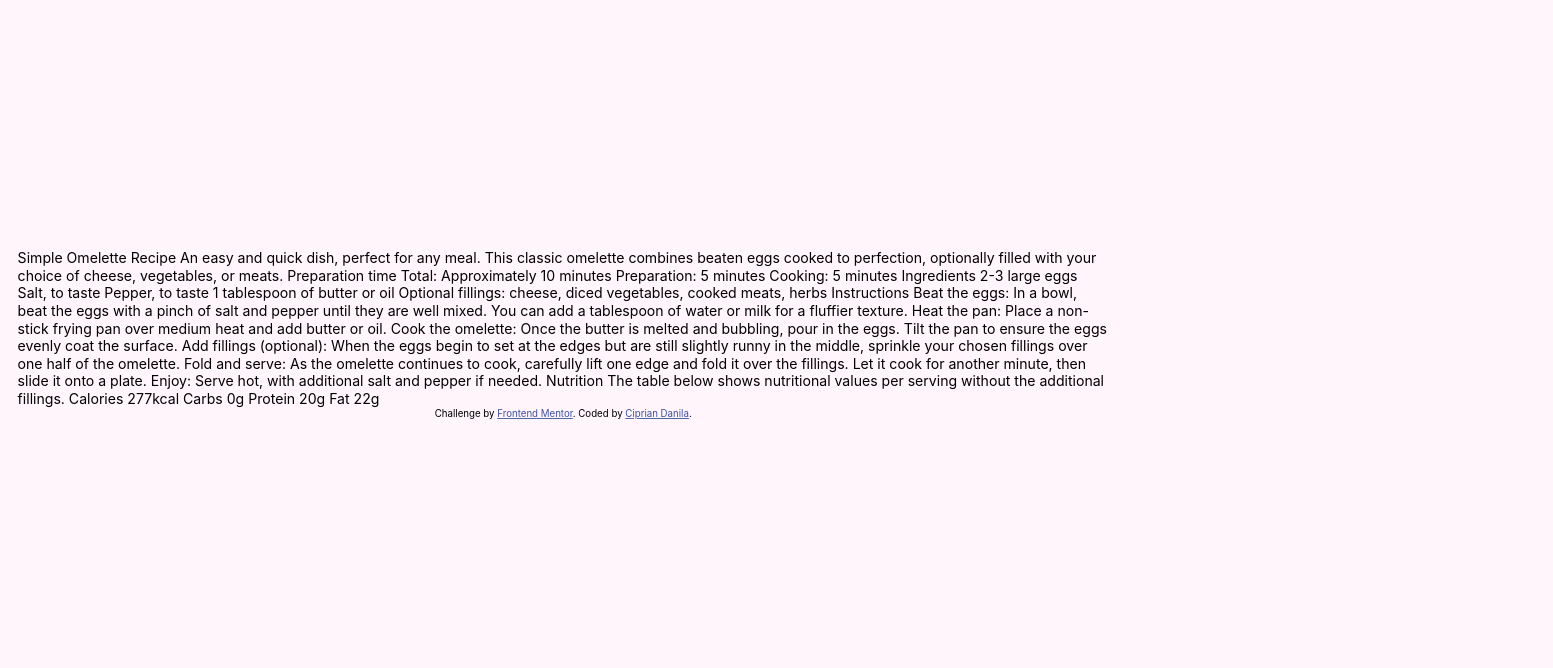
Repository: cipdanila/recipe-page
Page: index.html
An editor plug-in stored every save of this project. The page is shown before and after the next save, followed by the edit.
The browser window is 1280 px wide. The page is 1280 px wide, then 1765 px, so the pictures cover 1765 px, including what lies to the right of the window. The pictures show the whole page, at 88% of full size.

Above is the page before, as saved 2024-01-21 14:26:50.

### index.html
<!DOCTYPE html>
<html lang="en">
<head>
  <meta charset="UTF-8">
  <meta name="viewport" content="width=device-width, initial-scale=1.0"> <!-- displays site properly based on user's device -->

  <link rel="icon" type="image/png" sizes="32x32" href="./assets/images/favicon-32x32.png">
  <link rel="stylesheet" href="styles.css">

  <title>Frontend Mentor | Recipe page</title>

</head>
<body>
  <main>
    <div class="container">

    </div>
  </main>
  Simple Omelette Recipe

  An easy and quick dish, perfect for any meal. This classic omelette combines beaten eggs cooked
  to perfection, optionally filled with your choice of cheese, vegetables, or meats.

  Preparation time

  Total: Approximately 10 minutes
  Preparation: 5 minutes
  Cooking: 5 minutes

  Ingredients

  2-3 large eggs
  Salt, to taste
  Pepper, to taste
  1 tablespoon of butter or oil
  Optional fillings: cheese, diced vegetables, cooked meats, herbs

  Instructions

  Beat the eggs: In a bowl, beat the eggs with a pinch of salt and pepper until they are well mixed.
  You can add a tablespoon of water or milk for a fluffier texture.

  Heat the pan: Place a non-stick frying pan over medium heat and add butter or oil.

  Cook the omelette: Once the butter is melted and bubbling, pour in the eggs. Tilt the pan to ensure
  the eggs evenly coat the surface.

  Add fillings (optional): When the eggs begin to set at the edges but are still slightly runny in the
  middle, sprinkle your chosen fillings over one half of the omelette.

  Fold and serve: As the omelette continues to cook, carefully lift one edge and fold it over the
  fillings. Let it cook for another minute, then slide it onto a plate.

  Enjoy: Serve hot, with additional salt and pepper if needed.

  Nutrition

  The table below shows nutritional values per serving without the additional fillings.

  Calories
  277kcal

  Carbs
  0g

  Protein
  20g

  Fat
  22g
  <footer>
    <div class="attribution">
      Challenge by <a href="https://www.frontendmentor.io?ref=challenge" target="_blank" rel="noopener">Frontend Mentor</a>.
      Coded by <a href="https://github.com/cipdanila" target="_blank" rel="noopener noreferrer">Ciprian Danila</a>.
    </div>
  </footer>
</body>
</html>

### styles.css
@import url("https://fonts.googleapis.com/css2?family=Outfit:wght@400;600;700&family=Young+Serif&display=swap");

* {
    margin: 0;
    padding: 0;
    box-sizing: border-box;
}

:root {
    /* Primary Colors */
    --nutmeg: hsl(14, 45%, 36%);
    --dark-raspberry: hsl(332, 51%, 32%);
    /* Neutral Colors */
    --white: hsl(0, 0%, 100%);
    --rose-white: hsl(330, 100%, 98%);
    --eggshell: hsl(30, 54%, 90%);
    --light-grey: hsl(30, 18%, 87%);
    --wenge-brown: hsl(30, 10%, 34%);
    --dark-charcoal: hsl(24, 5%, 18%);
}

body {
    font-family: "Inter", sans-serif;
    font-size: 16px;
    background-color: var(--rose-white);
    display: flex;
    flex-direction: column;
    align-items: center;
    justify-content: center;
    height: calc(100vh - 1px);
    margin: 1.25rem;
}

.attribution {
    font-size: 11px;
    text-align: center;
}

.attribution a {
    color: hsl(228, 45%, 44%);
}

@media (min-width: 375px) {
    .container {
        width: 375px;
    }
}

After the next save:
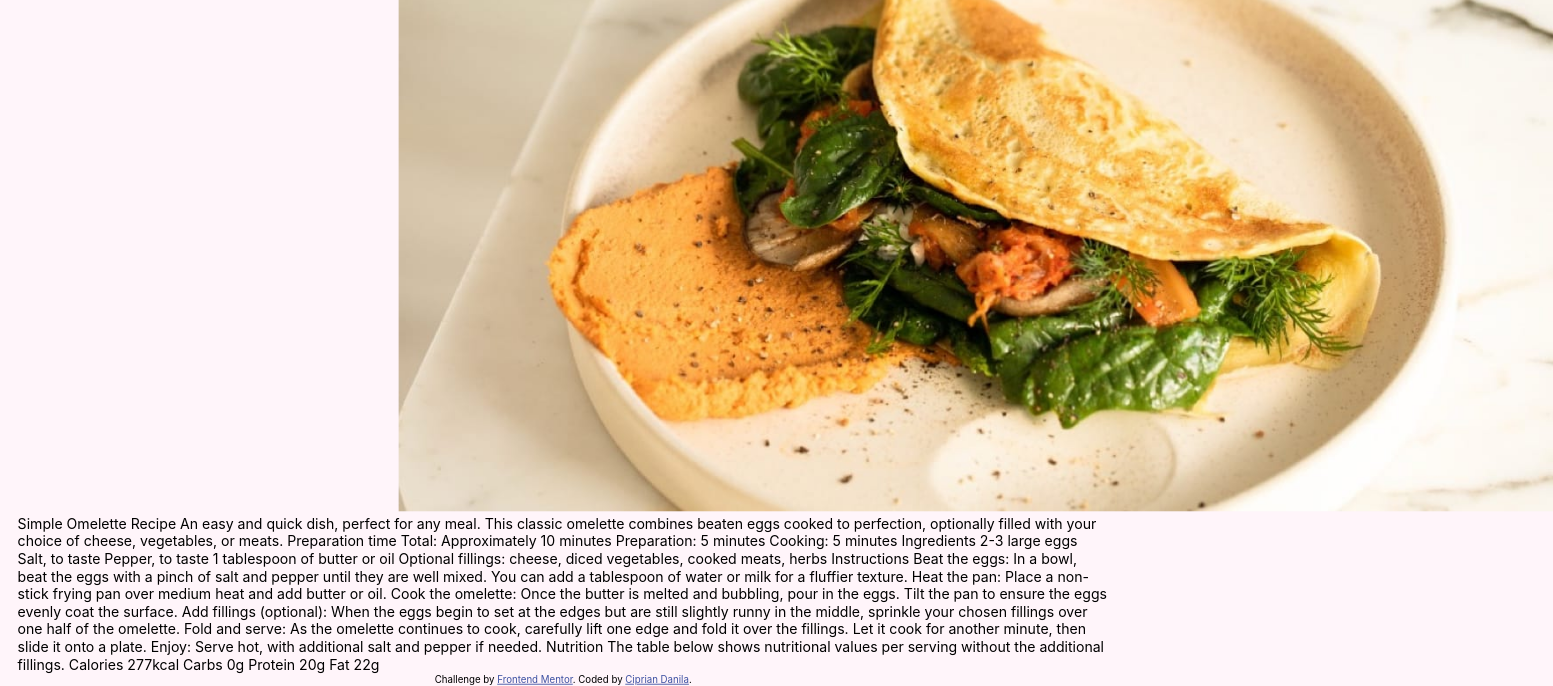
Saved 39 s later.
--- a/index.html
+++ b/index.html
@@ -13,7 +13,7 @@
 <body>
   <main>
     <div class="container">
-
+      <img src="./assets/images//image-omelette.jpeg" alt="image-omlette">
     </div>
   </main>
   Simple Omelette Recipe
